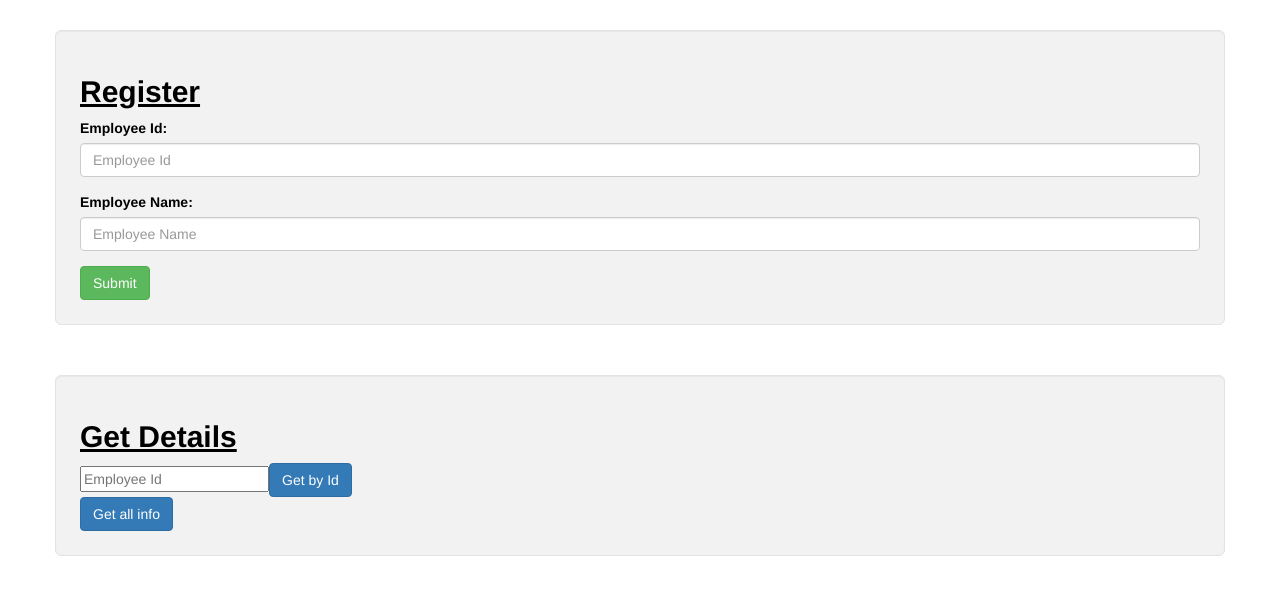
Repository: royakash07/FirstWebApplication
Page: http://localhost/SampleWebApplication/EmployeeProtal.jsp
The author's editor kept a copy of each file at every save. The page is drawn from the files as they stood at one save, then again after the next save.
The browser window is 1280 px wide. The pictures show the whole page.
Some web libraries are served in a nearby version. The page is served by Tomcat 9. Nobody is signed in. The application's start-up code is not run. Other server files are loaded and not shown.

Above is the page before, as saved 2017-11-30 05:15:49.

### SampleWebApplication/WebContent/EmployeeProtal.jsp
<%@ page language="java" contentType="text/html; charset=ISO-8859-1"
    pageEncoding="ISO-8859-1"%>
<!DOCTYPE html PUBLIC "-//W3C//DTD HTML 4.01 Transitional//EN" "http://www.w3.org/TR/html4/loose.dtd">
<html>
<head>
<meta http-equiv="Content-Type" content="text/html; charset=ISO-8859-1">
<title>Portal</title>
  <meta charset="utf-8">
  <meta name="viewport" content="width=device-width, initial-scale=1">
  <link rel="stylesheet" href="https://maxcdn.bootstrapcdn.com/bootstrap/3.3.7/css/bootstrap.min.css">
  <script src="https://ajax.googleapis.com/ajax/libs/jquery/3.2.1/jquery.min.js"></script>
  <script src="https://maxcdn.bootstrapcdn.com/bootstrap/3.3.7/js/bootstrap.min.js"></script>
<style>
.well
{
color:black;
background-color:#F2F2F2;
}

</style>
</head>
<body>
<div style="padding: 30px">
<div class="container well well-lg" >
<h2><strong><u>Register</u></strong></h2>
<form action="Submit" method="post">
<div class="form-group">
  <label for="EmployeeId">Employee Id:</label>
  <input type="text" class="form-control" name="EmployeeId" placeholder="Employee Id" >
  </div>
  <div class="form-group">
  <label for="Name">Employee Name:</label>
  <input type="text" class="form-control" name="Name" placeholder="Employee Name">
  </div>
  <input type="submit"class="btn btn-success" value="Submit">
</form>
</div>
</div>
<div class="container well well-lg">
<h2><strong><u>Get Details</u></strong></h2>
<div class="input-group">
    <input type="text" placeholder="Employee Id">
	<button name="search"type="button" class="btn btn-primary" value="getDetailsById">Get by Id</button>
</div>
	<button type="button" class="btn btn-primary" value="getAllDetails">Get all info</button>
</div>
</body>
</html>

After the next save:
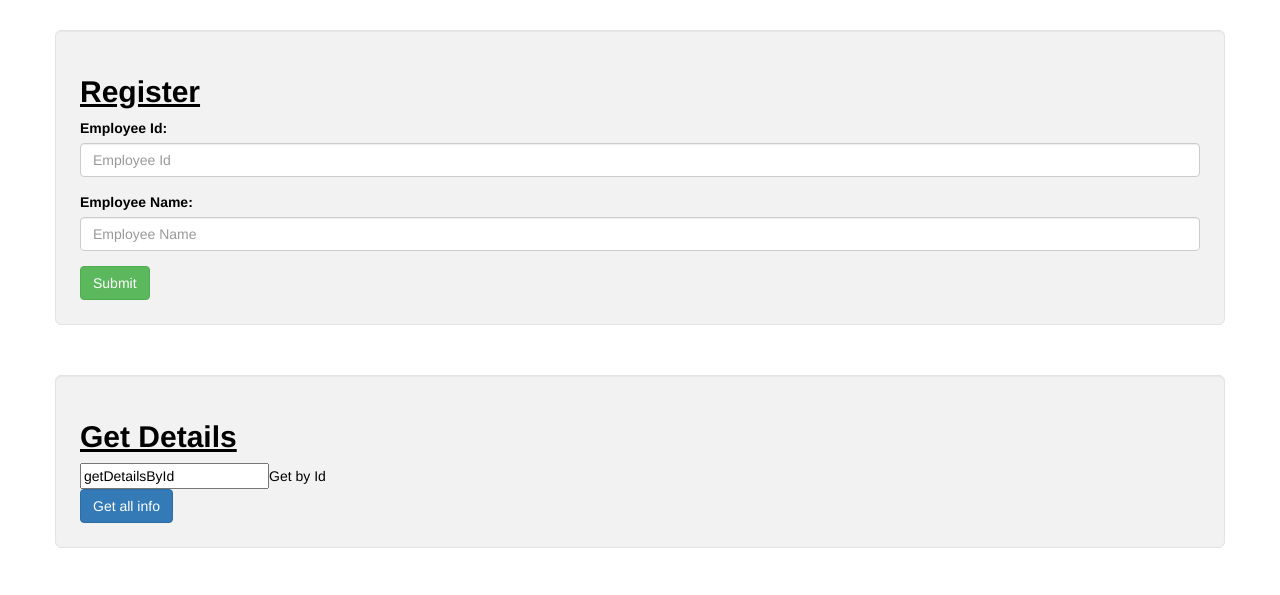
Saved 19 s later.
--- a/SampleWebApplication/WebContent/EmployeeProtal.jsp
+++ b/SampleWebApplication/WebContent/EmployeeProtal.jsp
@@ -39,7 +39,7 @@ background-color:#F2F2F2;
 <div class="container well well-lg">
 <h2><strong><u>Get Details</u></strong></h2>
 <div class="input-group">
-    <input type="text" placeholder="Employee Id">
+    <input type="text" placeholder="Employee Id" class="form-control>
 	<button name="search"type="button" class="btn btn-primary" value="getDetailsById">Get by Id</button>
 </div>
 	<button type="button" class="btn btn-primary" value="getAllDetails">Get all info</button>
